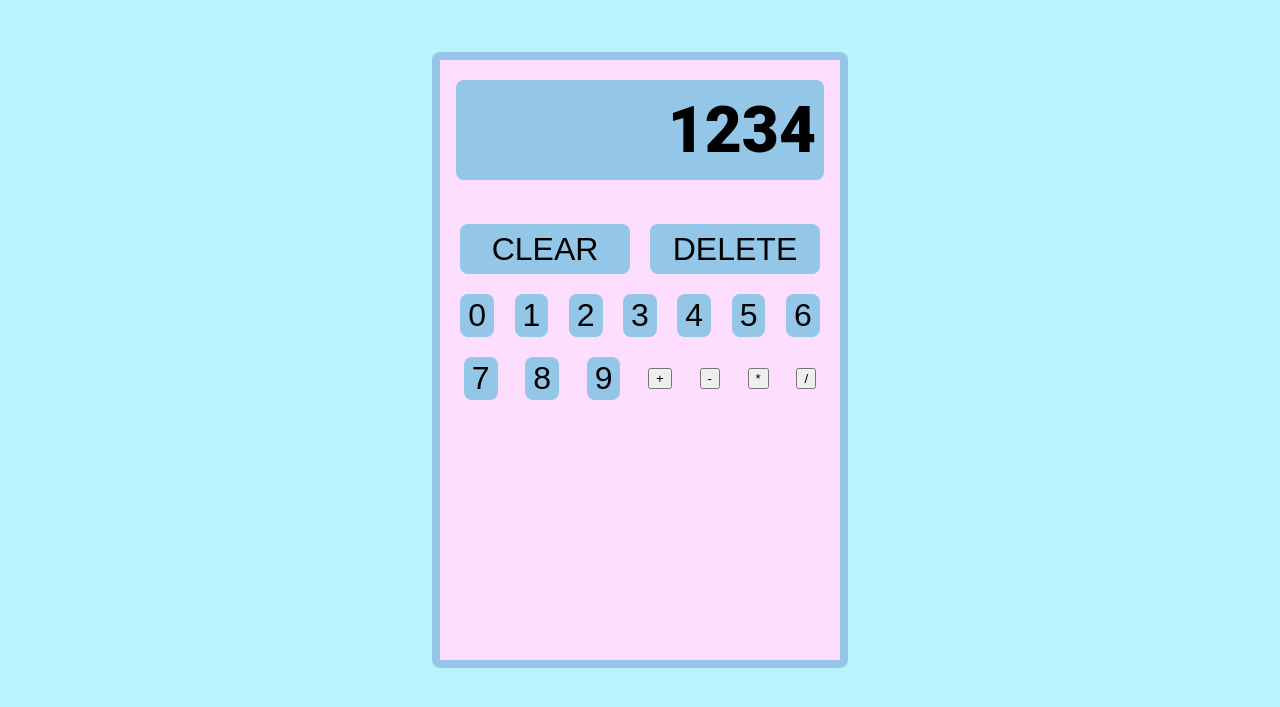
Repository: yeetzpxoci/calculator
Page: index.html
These files come from the project's save history. The page is drawn as it stood at one moment and after the next save; the edit follows.
The browser window is 1280 px wide. The pictures show the whole page.

Above is the page before, as saved 2023-02-04 17:00:29.

After the next save:
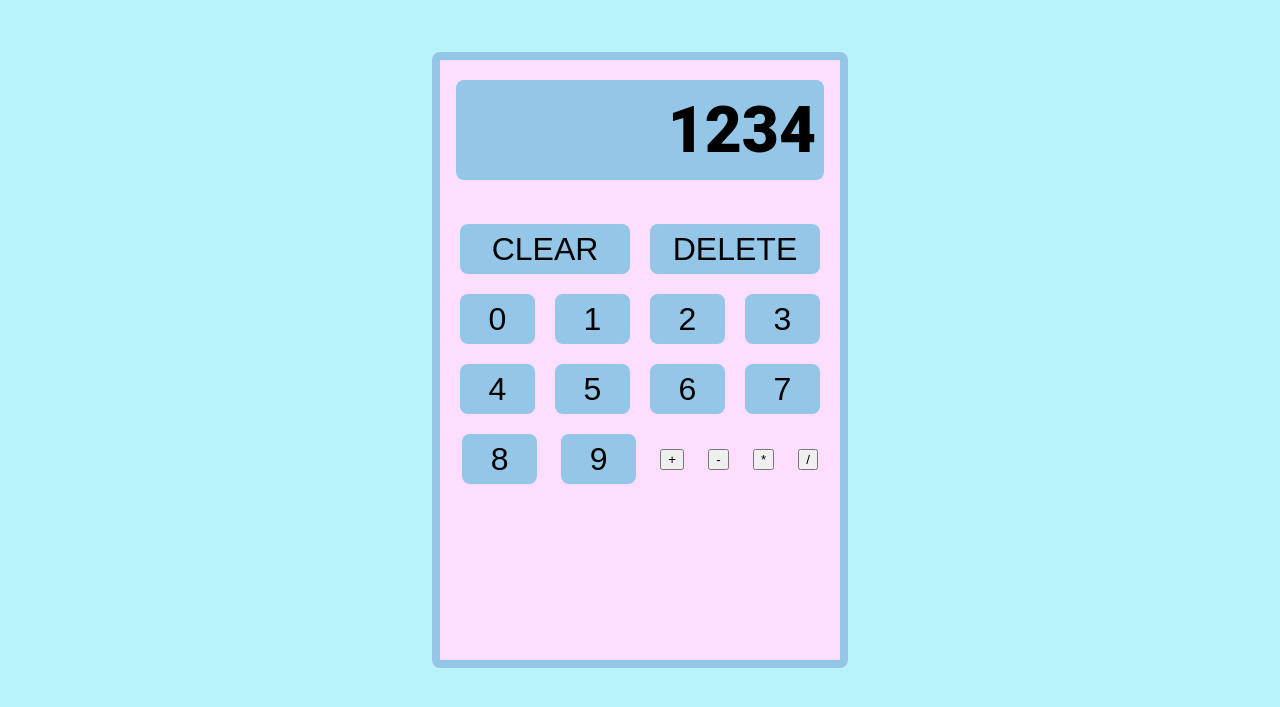
Saved 41 s later.
--- a/style.css
+++ b/style.css
@@ -57,6 +57,8 @@ html, body {
 }
 
 .number-button {
+    height: 50px;
+    width: 75px;
     font-size: 32px;
     border-style: dashed;
     border-radius: 8px;
